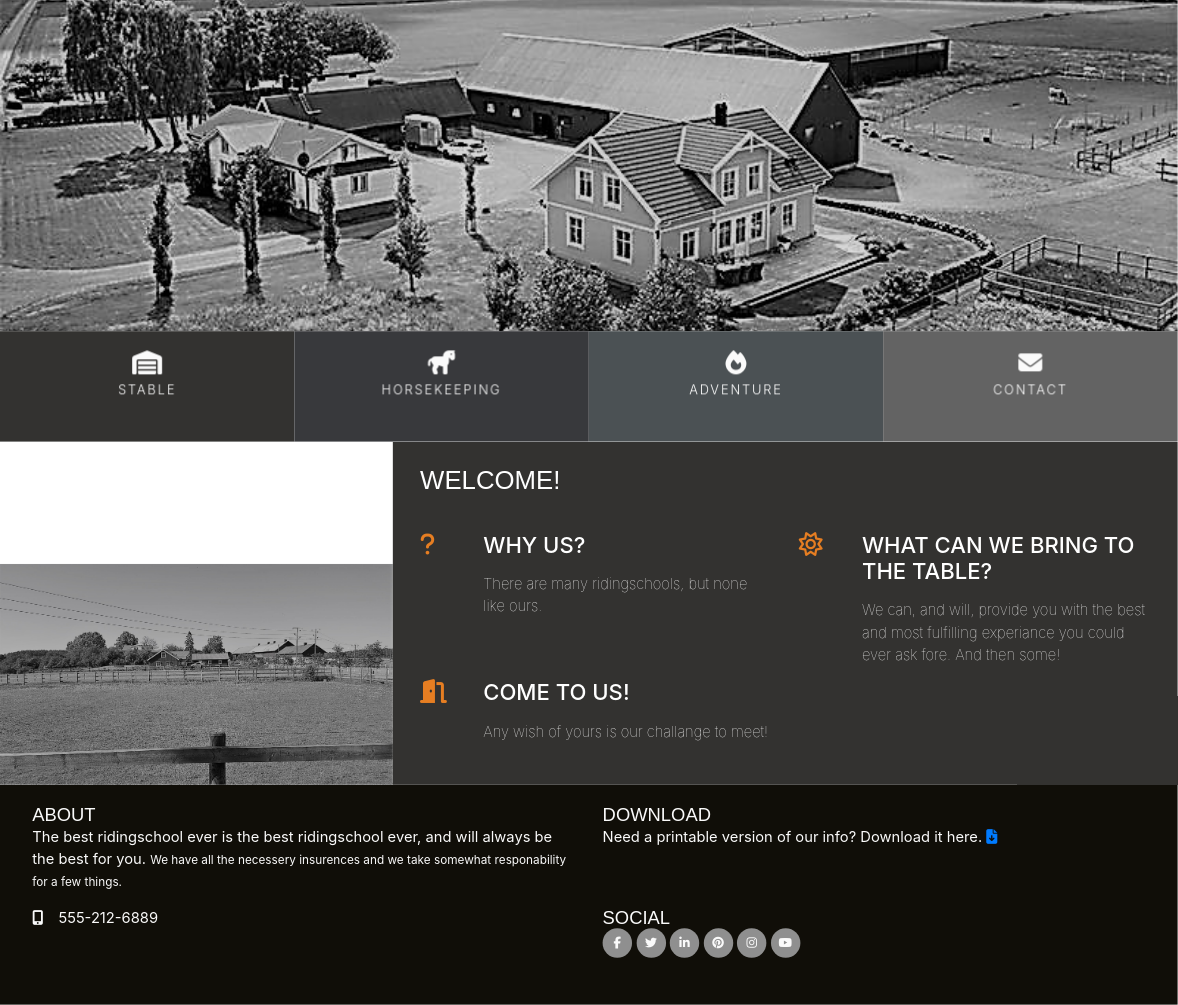
Repository: Jadehammar/frontendmilestone
Page: stable.html
The author's editor kept a record of every edit. The page is drawn from the files as they stood at one moment, then again after the next edit.
The browser window is 1280 px wide. The pictures show the whole page, at 92% of full size.
Backgrounds fixed to the window are drawn as part of the page. Some web libraries are served in a nearby version.

Above is the page before.

### stable.html
<!DOCTYPE html>
<html lang="en">

<head>
    <meta charset="UTF-8">
    <meta name="viewport" content="width=device-width, initial-scale=1.0">
    <meta http-equiv="X-UA-Compatible" content="ie=edge">
    <link rel="stylesheet" href="https://stackpath.bootstrapcdn.com/font-awesome/4.7.0/css/font-awesome.min.css" type="text/css" />
    <link rel="stylesheet" href="https://cdnjs.cloudflare.com/ajax/libs/hover.css/2.3.1/css/hover-min.css" type="text/css" />
    <link rel="stylesheet" href="https://stackpath.bootstrapcdn.com/bootstrap/4.3.1/css/bootstrap.min.css" type="text/css" />
    <link rel="stylesheet" href="assets/css/style.css" type="text/css" />
    <title>Ridingschool, stable</title>
</head>

<body>
    <header>
        <div class="row no-gutters">
            <a href="stable.html" class="col-12 logo"></a>
            <div class="col-md-12">
                <div class="row no-gutters">
                    <div class="col">
                        <ul id="nav" class="list-inline menucontainer">
                            <li class="col-6 col-sm-3 ui-menue-color-home list-inline-item menueitem">
                                <a href="stable.html" class="hvr-bounce-to-bottom"><i class="fa fa-warehouse" aria-hidden="true"></i><span>Stable</span></a>
                            </li>
                            <li class="col-6 col-sm-3 ui-menue-color-resume list-inline-item menueitem">
                                <a href="horsekeeping.html" class="hvr-bounce-to-bottom"><i class="fa fa-horse" aria-hidden="true"></i><span>Horsekeeping</span></a>
                            </li>
                            <li class="col-6 col-sm-3 ui-menue-color-contact list-inline-item menueitem">
                                <a href="adventure.html" class="hvr-bounce-to-bottom"><i class="fa fa-fire" aria-hidden="true"></i><span>Adventure</span></a>
                            </li>
                            <li class="col-6 col-sm-3 ui-menue-color-download list-inline-item menueitem">
                                <a href="contact.html" class="hvr-bounce-to-bottom"><i class="fa fa-envelope" aria-hidden="true"></i><span>contact</span></a>
                            </li>

                        </ul>
                    </div>
                </div>
            </div>
        </div>
    </header>
    <section class="container-fluid">
        <div class="row">
            <div class="col-md-4 bg-color-personal-info section-column logo-stable">
                <div class="row">
                    <div class="col-12">
                    </div>
                </div>
            </div>
            <div class="col-md-8 bg-color-three-reasons section-column">
                <div class="row">
                    <div class="col">
                        <h3 class="section-heading uppercase">Welcome!</h3>
                    </div>
                </div>
                <div class="row">
                    <div class="col-10 offset-1 offset-sm-0 col-sm-4 col-md-6">
                        <div class="row">
                            <div class="col-2">
                                <i class="three-reasons-icon fa fa-question" aria-hidden="true"></i>
                            </div>
                            <div class="col-10">
                                <h4 class="three-reasons-heading uppercase">Why us?</h4>
                                <p>
                                    There are many ridingschools, but none like ours.
                                </p>
                            </div>
                        </div>
                    </div>
                    <div class="col-10 offset-1 offset-sm-0 col-sm-4 col-md-6">
                        <div class="row">
                            <div class="col-2">
                                <i class="three-reasons-icon far fa-sun" aria-hidden="true"></i>
                            </div>
                            <div class="col-10">
                                <h4 class="three-reasons-heading uppercase">What can we bring to the table?</h4>
                                <p>
                                    We can, and will, provide you with the best and most fulfilling experiance you could ever ask fore. And then some!
                                </p>
                            </div>
                        </div>
                    </div>
                    <div class="col-10 offset-1 offset-sm-0 col-sm-4 col-md-6">
                        <div class="row">
                            <div class="col-2">
                                <i class="three-reasons-icon fa fa-door-open" aria-hidden="true"></i>
                            </div>
                            <div class="col-10">
                                <h4 class="three-reasons-heading uppercase">Come to us!</h4>
                                <p>
                                    Any wish of yours is our challange to meet!
                                </p>
                            </div>
                        </div>
                    </div>
                </div>
            </div>
    </section>
<footer class="container-fluid">
    <div id="footer-details" class="row">
        <div class="col-sm-6">
            <h5 class="uppercase general-sub">About</h5>
            <p class="inline-block">
                The best ridingschool ever is the best ridingschool ever, and will always be the best for you.
                <small>We have all the necessery insurences and we take somewhat responability for a few things.</small>
            </p>
        </div>
        <div class="col-sm-6">
            <h5 class="uppercase general-sub">Download</h5>
            <p class="inline-block">
                Need a printable version of our info? Download it here.
                <a href="assets/info.pdf" taraget="_blank" class="info-pdf">
                        <i class="fas fa-file-download" aria-hidden="true"></i>
                        <span class="sr-only">Download link.</span>
                    </a>
            </p>
        </div>
        <div class="col-sm-6">
            <i class="fa fa-mobile" aria-hidden="true" style="padding-right: 12px;"></i>
            <p class="inline-block"> 555-212-6889
                <span class="sr-only">Phone.</span>
                </a>
            </p>
        </div>
        <div class="col-sm-4">
            <h5 class="uppercase general-sub">social</h5>
            <ul class="list-inline social-links">
                <li class="list-inline-item">
                    <a target="_blank" href="#">
                            <i class="fab fa-facebook-f" aria-hidden="true"></i>
                            <span class="sr-only">Facebook</span>
                        </a>
                </li>
                <li class="list-inline-item">
                    <a target="_blank" href="#">
                            <i class="fab fa-twitter" aria-hidden="true"></i>
                            <span class="sr-only">Twitter</span>
                        </a>
                </li>
                <li class="list-inline-item">
                    <a target="_blank" href="#">
                            <i class="fab fa-linkedin-in" aria-hidden="true"></i>
                            <span class="sr-only">LinkedIn</span>
                        </a>
                </li>
                <li class="list-inline-item">
                    <a target="_blank" href="#">
                            <i class="fab fa-pinterest" aria-hidden="true"></i>
                            <span class="sr-only">Pinterest</span>
                        </a>
                </li>
                <li class="list-inline-item">
                    <a target="_blank" href="#">
                            <i class="fab fa-instagram" aria-hidden="true"></i>
                            <span class="sr-only">Instagram</span>
                        </a>
                </li>
                <li class="list-inline-item">
                    <a target="_blank" href="#">
                            <i class="fab fa-youtube" aria-hidden="true"></i>
                            <span class="sr-only">YouTube</span>
                        </a>
                </li>
            </ul>
        </div>
    </div>
</footer>
    <script src="https://kit.fontawesome.com/d636ceede3.js"></script>
</body>

</html>

### assets/css/style.css
@import url('https://fonts.googleapis.com/css?family=Roboto:100,200,300,400,500,600,700│exo:100,200,300,400,500,600,700');

/*---------------------------------------------color-------------------------------------*/

.container-wrapper--red {
    background-color: #4b5154;
    color: white;
}

.feature {
    color: #fff;
}

.bg-color-name-title {
    background-color: #676767;
}

.bg-color-three-reasons {
    background-color: #333230;
    color: #fff;
    font-weight: 100;
}

.bg-color-personal-info {
    background-color: #f4f4f4;
}

.ui-menue-color-home {
    background-color: #333230;

}

.ui-menue-color-resume {
    background-color: #38393c;

}

.ui-menue-color-contact {
    background-color: #4b5154;

}

.ui-menue-color-download {
    background-color: #4e4e4ee0;

}

.bg-color-work-history {
    background-color: #646464;
}

.bg-color-contact {
    background-color: #646464;

}

/*---------------------------------------------Special padding/margins/text-------------------------------------*/

h1,
h2,
h3,
h4,
h5 {
    margin: 0;
}

.uppercase {
    text-transform: uppercase;
    color: #fff;
}

.general-sub {
    font-family: "Exo", sans-serif;
    font-weight: 200;
    color: #fafafa;
}

.inline-block {
    display: inline-block;
}

.row-table {
    display: table;
}

.section-column {
    display: table-cell;
    padding: 0 30px 30px;
    float: none;
}

.history-heading,
.section-heading {
    font-family: "Exo", sans-serif;
    font-weight: 200;
    margin-bottom: 40px;
    margin-top: 25px;
}

/*---------------------------------------------Heading-------------------------------------*/

header {
    margin: 0;
}

.heading {
    margin-left: 50px;

}

.logo-stable {
    background:  url("../images/gård på avstånd.jpg") no-repeat bottom right fixed;
    background-size: contain;
    padding: 0;
    border:0;
}

.logo {
    background: url("../images/Varberg-intro-800x418_bw.jpg.jpg") no-repeat bottom right fixed;
    background-position: center;
    background-repeat: no-repeat;
    background-size: cover;
    min-height: 360px;
    transition: all .75s ease-in-out;
    -moz-transition: all .75s ease-in-out;
    -webkit-transition: all .75s ease-in-out;
    -o-transition: all .75s ease-in-out;
}

.name {
    font-family: "Exo" sans-serif;
    font-weight: 100;
    font-size: 46px;
    margin-top: 50px;
    color: #fff;
}

.title {
    font-family: "Roboto" sans-serif;
    font-weight: 200;
    font-size: 28px;
    margin-top: 20px;
    margin-bottom: 90px;
    color: #fff;
}

.list-inline-item:not(:last-child) {
    margin: 0;
}

.menucontainer {
    font-size: 0;
}

#nav li {
    font-size: 14px;
    padding: 0;
}

#nav {
    margin: 0;
}

.menueitem {
    height: 120px;
    text-align: center;
    padding: 0;
}

.menueitem a {
    width: 100%;
    text-decoration: none;
    color: #fff;
    height: 120px;
}

.menueitem a i {
    padding-top: 22px;
    display: block;
    color: #fafafa;
    font-size: 26px;
}

.menueitem span {
    display: block;
    width: 100%;
    padding-top: 5px;
    text-align: center;
    text-transform: uppercase;
    font-size: 14px;
    font-weight: 300;
    letter-spacing: 2px;
}


/*---------------------------------------------Hover.css-------------------------------------*/

.hvr-bounce-to-bottom:before {
    background: rgba(0, 0, 0, 0.2);
    height: 120px;
}

/*---------------------------------------------Footer-------------------------------------*/

footer {
    background-color: #100e08;
    color: #fafafa;
    min-height: 120px;
    margin: 0;
}

.cv-pdf i {
    font-size: 18px;
    color: #fafafa;
    text-align: center;
    padding-left: 5px;
    transition: all 0.35s ease-in-out;
    -moz-transition: all 0.35s ease-in-out;
    -webkit-transition: all 0.35s ease-in-out;
    -o-transition: all 0.35 ease-in-out;
}

.cv-pdf i:hover {
    color: #e84160;
    font-size: 19px;
}

.social-links {
    padding-bottom: 15px;
}


.social-links li a i {
    width: 32px;
    height: 32px;
    padding: 12px 0;
    border-radius: 50%;
    font-size: 13px;
    line-height: 7px;
    text-align: center;
    color: #fafafa;
    background: #8f8f8f;
    transition: all 0.35s ease-in-out;
    -moz-transition: all 0.35s ease-in-out;
    -webkit-transition: all 0.35s ease-in-out;
    -o-transition: all 0.35 ease-in-out;
}

.social-links li a i:hover {
    background: #e84610;
}

#footer-details {
    padding: 20px;
}

/*---------------------------------------------Three reasons-------------------------------------*/

.three-reasons-icon {
    font-size: 26px;
    color: #e67e22;
}

.three-reasons-heading {
    margin-bottom: 15px;
}

/*---------------------------------------------Personal info-------------------------------------*/

.personal-info-item {
    margin-bottom: 20px;
    display: block;
    clear: both;

}

.personal-info-item .key,
.personal-info-item .value {
    padding-right: 8px;
    display: inline-block;
}

.personal-info-item .key p,
.personal-info-item .value p {
    margin: 0;
}

.personal-info-item .key {
    width: 30%;
    margin-right: 21px;
    padding-top: 2px;
    vertical-align: top;

}

.personal-info-item .key p {
    font-weight: 700;
}

.personal-info-item .value {
    position: relative;
    width: 60%;

}

/*---------------------------------------------Contact-form-------------------------------------*/

.contact-heading {
    font-family: "Exo", sans-serif;
    font-weight: 300;
    margin-top: 25px;
    margin-bottom: 20px;
    color: #fff;
}

.center-form {
    padding-top: 10px;
    margin: 0 auto;
    max-width: 70%;
}

button [type="submit"] {
    margin: 20px 20px 20px 20px;
    background-color: #e84610;
}

.btn-secondary {
    margin: 20px;
    background-color: #363a3e;
    border-color: #6a6a6b;
}


/*---------------------------------------------Media-query-------------------------------------*/

@media(min-width: 992px) {
    .center-form {
        padding-top: 30px;
        min-height: 240;
        margin: 0 auto;
        max-width: 50%;
    }
}

After the next edit:
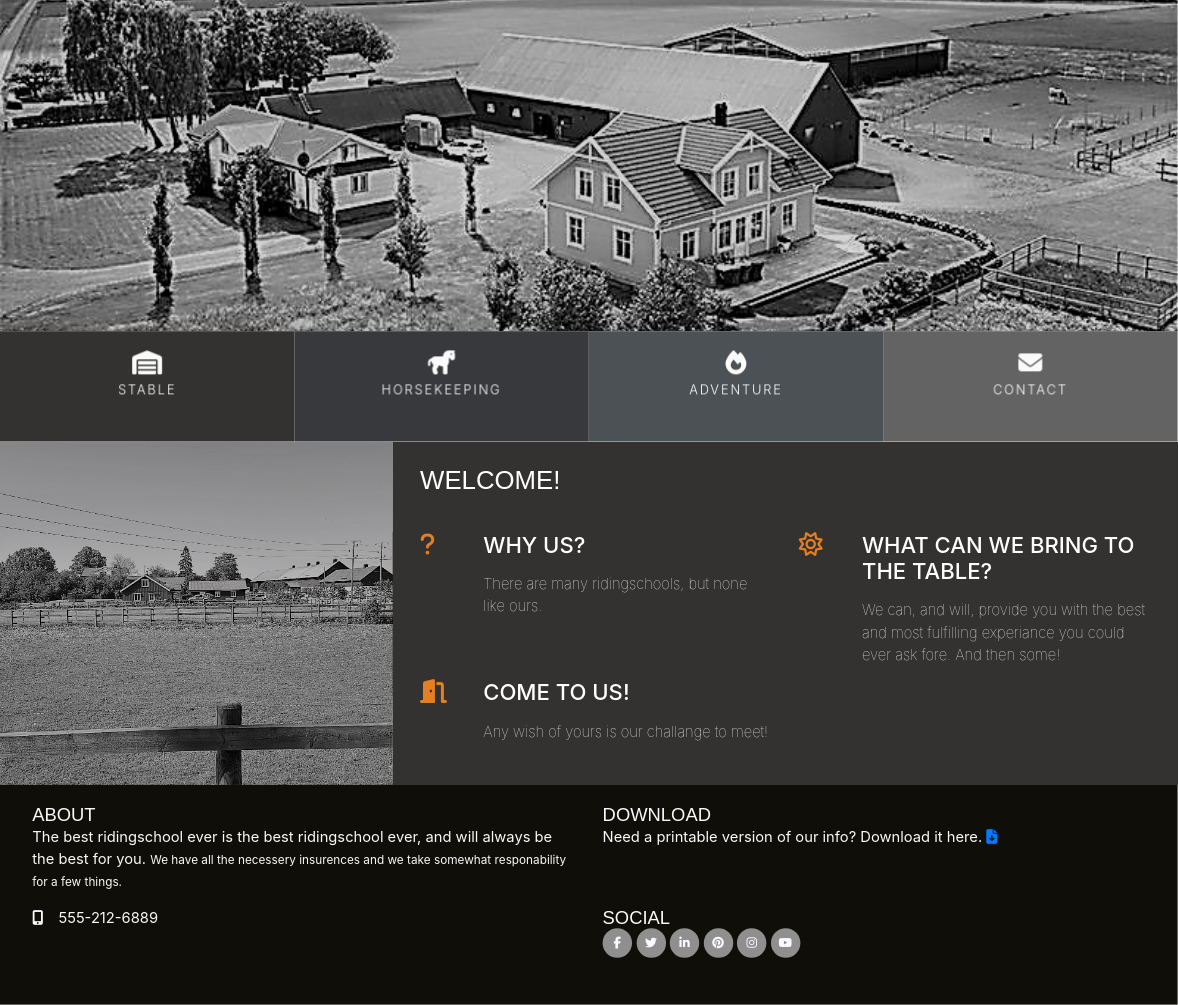
The edit:
--- a/assets/css/style.css
+++ b/assets/css/style.css
@@ -109,10 +109,15 @@
 }
 
 .logo-stable {
-    background:  url("../images/gård på avstånd.jpg") no-repeat bottom right fixed;
-    background-size: contain;
-    padding: 0;
-    border:0;
+    background:  url("../images/gård på avstånd.jpg");
+    background-position: center;
+    background-repeat: no-repeat;
+    background-size: cover;
+    min-height: 360px;
+    transition: all .75s ease-in-out;
+    -moz-transition: all .75s ease-in-out;
+    -webkit-transition: all .75s ease-in-out;
+    -o-transition: all .75s ease-in-out;
 }
 
 .logo {
